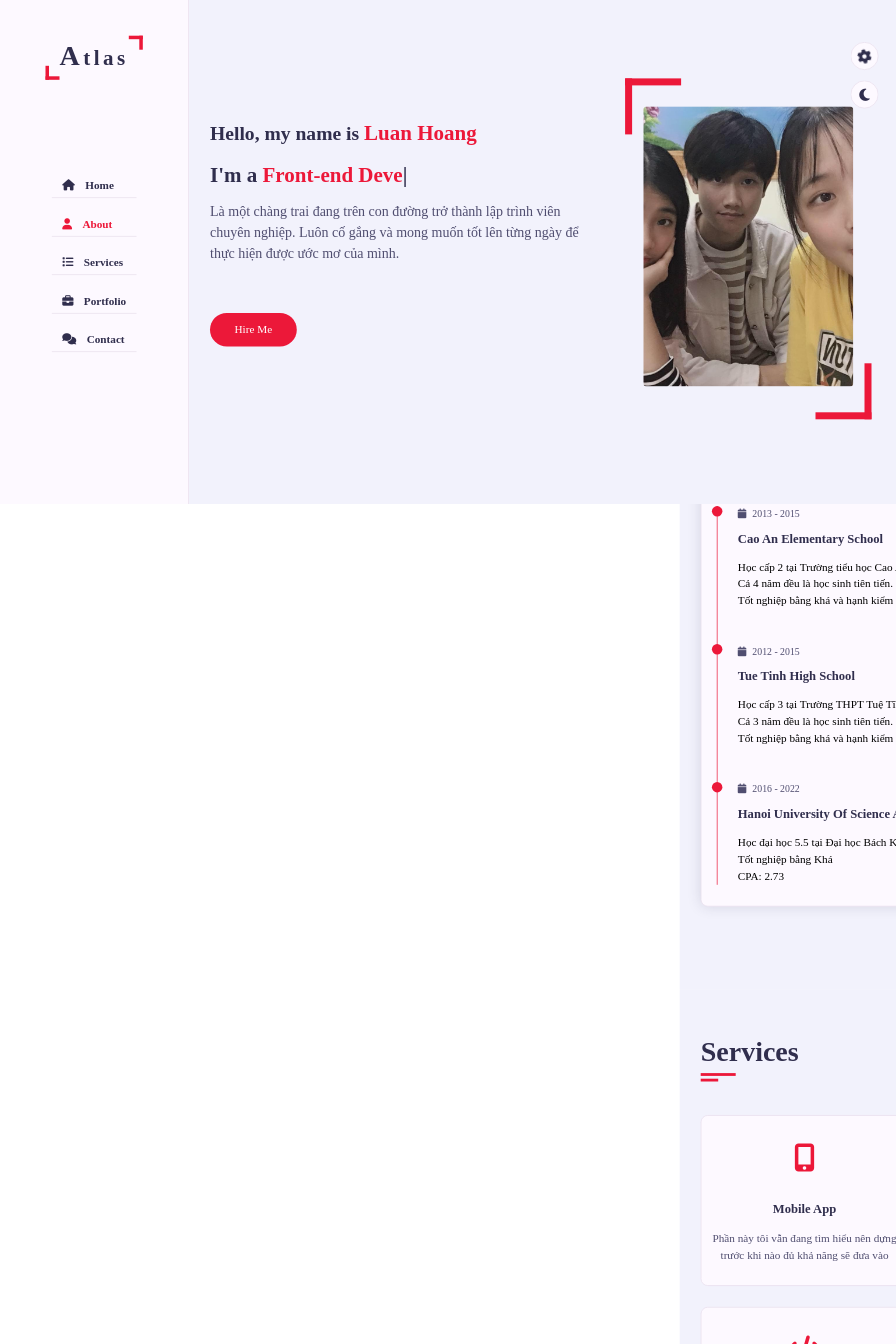
Repository: luanhoang0902/portfolio-ui
Page: index.html
These files come from the project's save history. The page is drawn as it stood at one moment and after the next save; the edit follows.
The browser window is 1280 px wide. The pictures show the part of the page from y = 0 to 1920 px (the page is 4009 px tall), at 70% of full size.
Empty fields were first filled with sample values (such as "Sample", 5 or name@example.com).
After loading, the first visible `a.section-control` was clicked once.
Some web fonts or font styles are not loaded; a fallback is used. Some web libraries are served in a nearby version.

Above is the page before, as saved 2022-06-03 17:11:55.
Console error: TypeError: Cannot read properties of undefined (reading 'add')

After the next save:
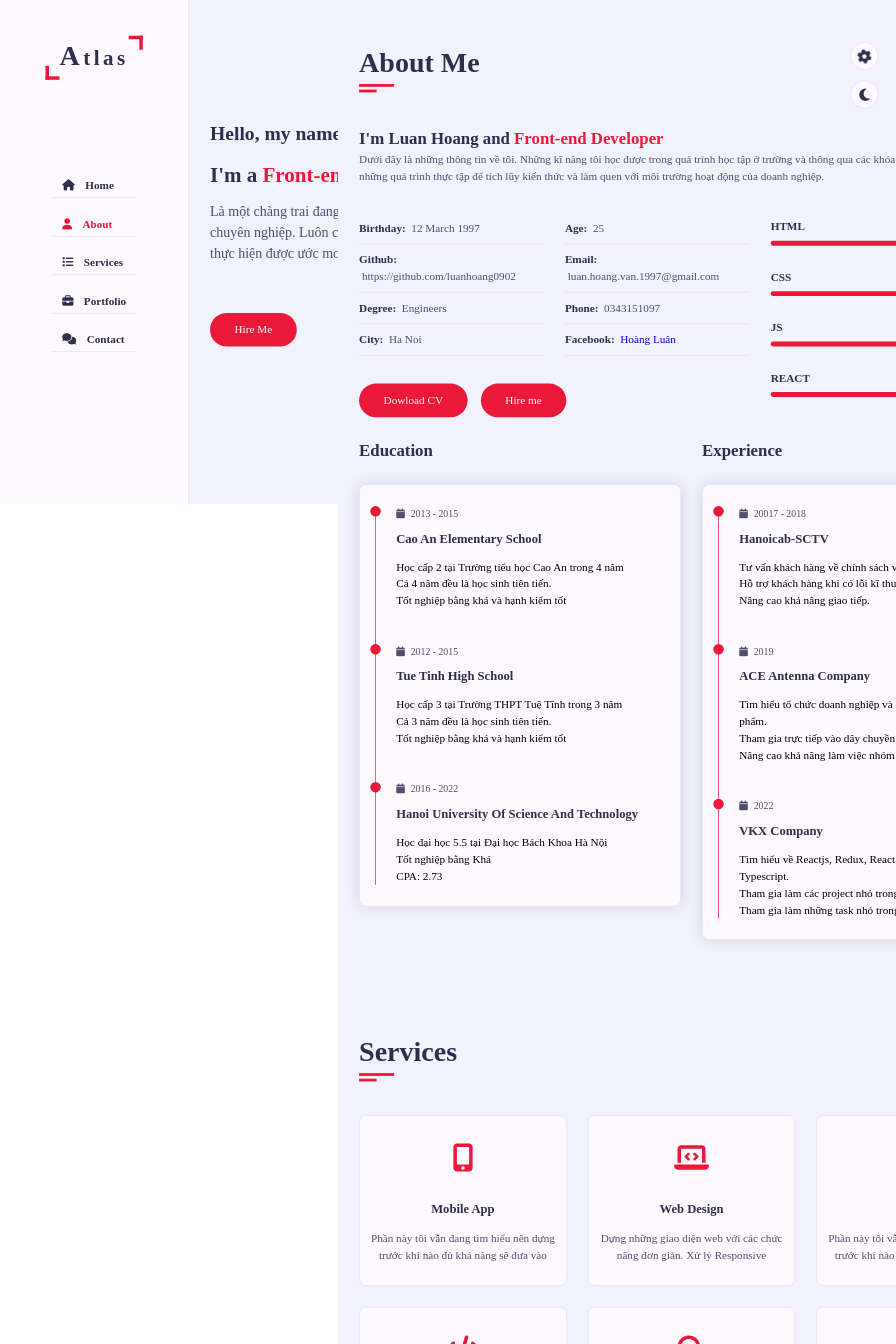
The error is gone.
Saved 14 s later.
--- a/js/script.js
+++ b/js/script.js
@@ -22,6 +22,8 @@
 const controlContent = document.querySelectorAll('.section-control')
 controlContent.forEach((control) => {
     control.addEventListener('click', () => {
-        listContent.classList.add('active-section')
+        listContent.forEach(list => {
+            list.classList.add('active-section')
+        })
     })
 })
